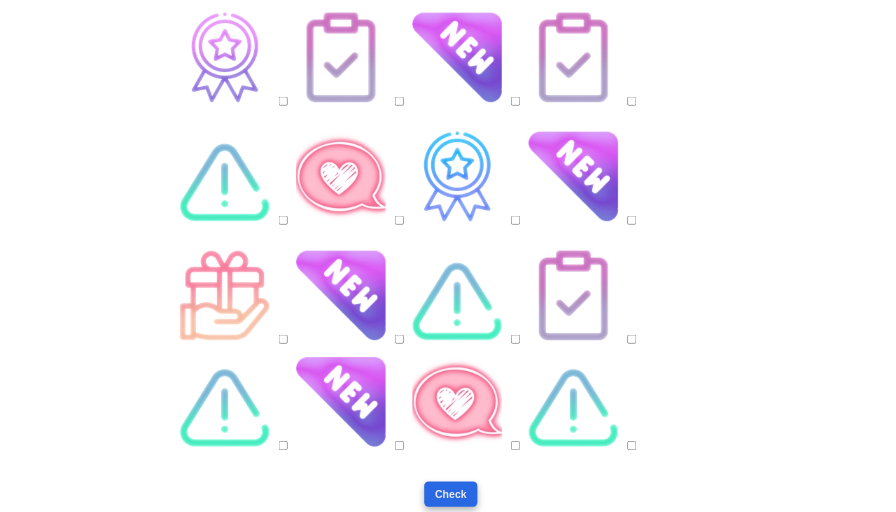
Repository: vichubenzene/-MWin_ui
Page: main.html
These files come from the project's save history. The page is drawn as it stood at one moment and after the next save; the edit follows.
The browser window is 1280 px wide. The pictures show the part of the page from y = 0 to 1920 px (the page is 732 px tall before and 10756 px after), at 70% of full size.

Above is the page before, as saved 2022-10-10 17:05:32.

### main.html
<!DOCTYPE html>
<html>

<head>
    <style>
        .column {
            float: center;
            padding: 5px;
            height: 90%;
            max-height: 90vh;
            max-width: 90vh;
            max-width: 90%;
            ;
            min-width: "22vh";
            min-height: "22vh";
        }
        /* Clear floats after image containers */

        .row::after {
            content: "";
            float: center;
            clear: both;
            display: table;
        }

        .server-button {
            background-color: rgb(40, 105, 227);
            color: rgb(236, 235, 246);
            border: none;
            height: 36px;
            margin-left: 8px;
            border-radius: 6px;
            font-weight: bold;
            font-size: 15px;
            cursor: pointer;
            padding-left: 15px;
            padding-right: 15px;
            text-align: center;
            box-shadow: 0px 5px 10px rgba(0, 0, 0, 0.3)
        }

        .server-button:hover {
            box-shadow: 0px 10px 15px rgba(0, 0, 0, 0.35)
        }
    </style>
</head>

<body>
    <div class="row" style=" text-align: center">
        <div class="column" style=" text-align: center">

            <img src="images/834538140450160661.png" id="i1" alt="Snow" style="padding: 5px; height: 90%; max-height: 90vh; max-width: 90vh; max-width: 90%;">
            <input type="checkbox" id="myCheckbox1" />
            <img src="images/834541394987057242.png" id="i2" alt="Snow" style="padding: 5px; height: 90%; max-height: 90vh; max-width: 90vh; max-width: 90%;">
            <input type="checkbox" id="myCheckbox2" />
            <img src="images/834535415628562442 (1).png" id="i3" alt="Snow" style=" padding: 5px; height: 90%; max-height: 90vh; max-width: 90vh; max-width: 90%;">
            <input type="checkbox" id="myCheckbox3" />
            <img src="images/834541394987057242.png" id="i10" alt="Snow" style="padding: 5px; height: 90%; max-height: 90vh; max-width: 90vh; max-width: 90%;">
            <input type="checkbox" id="myCheckbox10" />
        </div>
    </div>
    <br>
    <div class="row" style=" text-align: center">
        <div class="column" style=" text-align: center">
            <img src="images/834541395074613248.png" id="i4" alt="Snow" style="padding: 5px; height: 90%; max-height: 90vh; max-width: 90vh; max-width: 90%;">
            <input type="checkbox" id="myCheckbox4" />
            <img src="images/881778101003120652 (1).png" id="i5" alt="Snow" style="padding: 5px; height: 90%; max-height: 90vh; max-width: 90vh; max-width: 90%;">
            <input type="checkbox" id="myCheckbox5" />
            <img src="images/834541395930251336.png" id="i6" alt="Snow" style="padding: 5px; height: 90%; max-height: 90vh; max-width: 90vh; max-width: 90%;">
            <input type="checkbox" id="myCheckbox6" />
            <img src="images/834535415628562442 (1).png" id="i11" alt="Snow" style="padding: 5px; height: 90%; max-height: 90vh; max-width: 90vh; max-width: 90%;">
            <input type="checkbox" id="myCheckbox11" />

        </div>
    </div>
    <br>
    <div class="row" style=" text-align: center">
        <div class="column" style=" text-align: center">
            <img src="images/834541395749371916.png" id="i7" alt="Snow" style="padding: 5px; height: 90%; max-height: 90vh; max-width: 90vh; max-width: 90%;">
            <input type="checkbox" id="myCheckbox7" />
            <img src="images/834535415628562442 (1).png" id="i8" alt="Snow" style="padding: 5px; height: 90%; max-height: 90vh; max-width: 90vh; max-width: 90%;">
            <input type="checkbox" id="myCheckbox8" />
            <img src="images/834541395074613248.png" id="i9" alt="Snow" style="padding: 5px; height: 90%; max-height: 90vh; max-width: 90vh; max-width: 90%;">
            <input type="checkbox" id="myCheckbox9" />
            <img src="images/834541394987057242.png" id="i12" alt="Snow" style="padding: 5px; height: 90%; max-height: 90vh; max-width: 90vh; max-width: 90%;">
            <input type="checkbox" id="myCheckbox12" />
        </div>
    </div>
    <div class="row" style=" text-align: center">
        <div class="column" style=" text-align: center">
            <img src="images/834541395074613248.png" id="i13" alt="Snow" style="padding: 5px; height: 90%; max-height: 90vh; max-width: 90vh; max-width: 90%;">
            <input type="checkbox" id="myCheckbox13" />
            <img src="images/834535415628562442 (1).png" id="i14" alt="Snow" style="padding: 5px; height: 90%; max-height: 90vh; max-width: 90vh; max-width: 90%;">
            <input type="checkbox" id="myCheckbox14" />
            <img src="images/881778101003120652 (1).png" id="i15" alt="Snow" style="padding: 5px; height: 90%; max-height: 90vh; max-width: 90vh; max-width: 90%;">
            <input type="checkbox" id="myCheckbox15" />
            <img src="images/834541395074613248.png" id="i16" alt="Snow" style="padding: 5px; height: 90%; max-height: 90vh; max-width: 90vh; max-width: 90%;">
            <input type="checkbox" id="myCheckbox16" />
        </div>
    </div>
    <br>
    <br>
    <div style="text-align: center;">
        <button onclick="check()" class="server-button">Check</button>

    </div>
    <script>
        async function check() {
            console.log("cb.checked");
            var i1 = document.getElementById('i1');
            var i2 = document.getElementById('i2');
            var i3 = document.getElementById('i3');
            var i4 = document.getElementById('i4');
            var i5 = document.getElementById('i5');
            var i6 = document.getElementById('i6');
            var i7 = document.getElementById('i7');
            var i8 = document.getElementById('i8');
            var i9 = document.getElementById('i9');
            var i10 = document.getElementById('i10');
            var i11 = document.getElementById('i11');
            var i12 = document.getElementById('i12');
            var i13 = document.getElementById('i13');
            var i14 = document.getElementById('i14');
            var i15 = document.getElementById('i15');
            var i16 = document.getElementById('i16');
            var c1 = document.getElementById('myCheckbox1');
            var c2 = document.getElementById('myCheckbox2');
            var c3 = document.getElementById('myCheckbox3');
            var c4 = document.getElementById('myCheckbox4');
            var c5 = document.getElementById('myCheckbox5');
            var c6 = document.getElementById('myCheckbox6');
            var c7 = document.getElementById('myCheckbox7');
            var c8 = document.getElementById('myCheckbox8');
            var c9 = document.getElementById('myCheckbox9');
            var c10 = document.getElementById('myCheckbox10');
            var c11 = document.getElementById('myCheckbox11');
            var c12 = document.getElementById('myCheckbox12');
            var c13 = document.getElementById('myCheckbox13');
            var c14 = document.getElementById('myCheckbox14');
            var c15 = document.getElementById('myCheckbox15');
            var c16 = document.getElementById('myCheckbox16');
            const items = ["images/881778101003120652 (1).png", "images/834535415628562442 (1).png", "images/834538140450160661.png", "images/834541394987057242.png", "images/834541395074613248.png", "images/834541395749371916.png", "images/834541395930251336.png"];
            if (c1.checked) {
                i1.src = items[Math.floor(Math.random() * items.length)];
                c1.checked = false
            }
            if (c2.checked) {
                i2.src = items[Math.floor(Math.random() * items.length)];
                c2.checked = false
            }
            if (c3.checked) {
                i3.src = items[Math.floor(Math.random() * items.length)];
                c3.checked = false
            }
            if (c4.checked) {
                i4.src = items[Math.floor(Math.random() * items.length)];
                c4.checked = false
            }
            if (c5.checked) {
                i5.src = items[Math.floor(Math.random() * items.length)];
                c5.checked = false
            }
            if (c6.checked) {
                i6.src = items[Math.floor(Math.random() * items.length)];
                c6.checked = false
            }
            if (c7.checked) {
                i7.src = items[Math.floor(Math.random() * items.length)];
                c7.checked = false
            }
            if (c8.checked) {
                i8.src = items[Math.floor(Math.random() * items.length)];
                c8.checked = false
            }
            if (c9.checked) {
                i9.src = items[Math.floor(Math.random() * items.length)];
                c9.checked = false
            }
            if (c10.checked) {
                i10.src = items[Math.floor(Math.random() * items.length)];
                c10.checked = false
            }
            if (c11.checked) {
                i11.src = items[Math.floor(Math.random() * items.length)];
                c11.checked = false
            }
            if (c12.checked) {
                i12.src = items[Math.floor(Math.random() * items.length)];
                c12.checked = false
            }
            if (c13.checked) {
                i13.src = items[Math.floor(Math.random() * items.length)];
                c13.checked = false
            }
            if (c14.checked) {
                i14.src = items[Math.floor(Math.random() * items.length)];
                c14.checked = false
            }
            if (c15.checked) {
                i15.src = items[Math.floor(Math.random() * items.length)];
                c15.checked = false
            }
            if (c16.checked) {
                i16.src = items[Math.floor(Math.random() * items.length)];
                c16.checked = false
            }

        }
    </script>
</body>

</html>

After the next save:
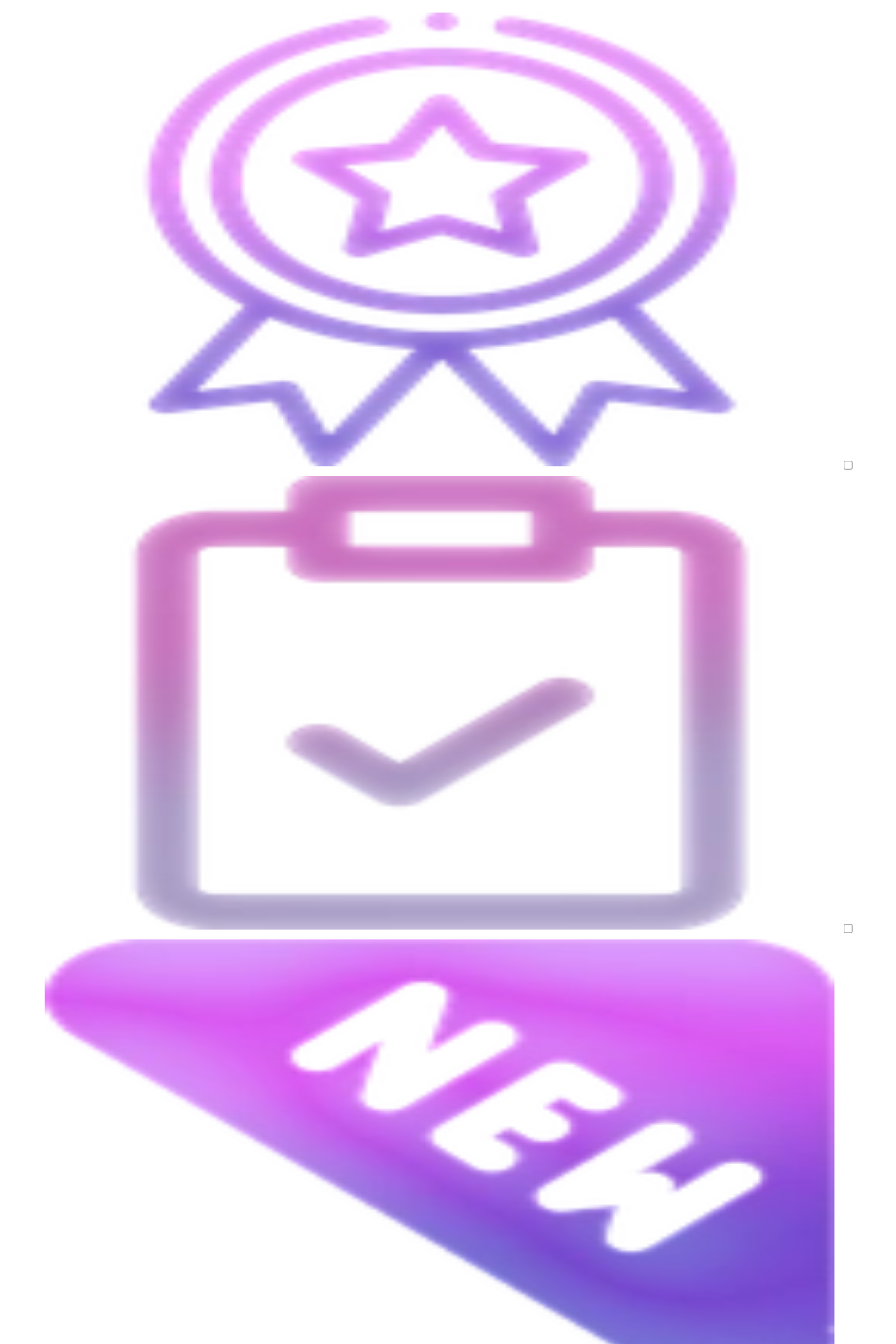
Saved 61 s later.
--- a/main.html
+++ b/main.html
@@ -6,10 +6,8 @@
         .column {
             float: center;
             padding: 5px;
-            height: 90%;
-            max-height: 90vh;
-            max-width: 90vh;
-            max-width: 90%;
+            min-width: "22vh";
+            min-height: "22vh";
             ;
             min-width: "22vh";
             min-height: "22vh";
@@ -49,26 +47,26 @@
     <div class="row" style=" text-align: center">
         <div class="column" style=" text-align: center">
 
-            <img src="images/834538140450160661.png" id="i1" alt="Snow" style="padding: 5px; height: 90%; max-height: 90vh; max-width: 90vh; max-width: 90%;">
+            <img src="images/834538140450160661.png" id="i1" alt="Snow" style="padding: 5px; height: 90%; width: 90%; max-height: 90vh; max-width: 90vh; max-width: 90%;">
             <input type="checkbox" id="myCheckbox1" />
-            <img src="images/834541394987057242.png" id="i2" alt="Snow" style="padding: 5px; height: 90%; max-height: 90vh; max-width: 90vh; max-width: 90%;">
+            <img src="images/834541394987057242.png" id="i2" alt="Snow" style="padding: 5px; height: 90%; width: 90%; max-height: 90vh; max-width: 90vh; max-width: 90%;">
             <input type="checkbox" id="myCheckbox2" />
-            <img src="images/834535415628562442 (1).png" id="i3" alt="Snow" style=" padding: 5px; height: 90%; max-height: 90vh; max-width: 90vh; max-width: 90%;">
+            <img src="images/834535415628562442 (1).png" id="i3" alt="Snow" style=" padding: 5px; height: 90%; width: 90%; max-height: 90vh; max-width: 90vh; max-width: 90%;">
             <input type="checkbox" id="myCheckbox3" />
-            <img src="images/834541394987057242.png" id="i10" alt="Snow" style="padding: 5px; height: 90%; max-height: 90vh; max-width: 90vh; max-width: 90%;">
+            <img src="images/834541394987057242.png" id="i10" alt="Snow" style="padding: 5px; height: 90%; width: 90%; max-height: 90vh; max-width: 90vh; max-width: 90%;">
             <input type="checkbox" id="myCheckbox10" />
         </div>
     </div>
     <br>
     <div class="row" style=" text-align: center">
         <div class="column" style=" text-align: center">
-            <img src="images/834541395074613248.png" id="i4" alt="Snow" style="padding: 5px; height: 90%; max-height: 90vh; max-width: 90vh; max-width: 90%;">
+            <img src="images/834541395074613248.png" id="i4" alt="Snow" style="padding: 5px; height: 90%; width: 90%; max-height: 90vh; max-width: 90vh; max-width: 90%;">
             <input type="checkbox" id="myCheckbox4" />
-            <img src="images/881778101003120652 (1).png" id="i5" alt="Snow" style="padding: 5px; height: 90%; max-height: 90vh; max-width: 90vh; max-width: 90%;">
+            <img src="images/881778101003120652 (1).png" id="i5" alt="Snow" style="padding: 5px; height: 90%; width: 90%; max-height: 90vh; max-width: 90vh; max-width: 90%;">
             <input type="checkbox" id="myCheckbox5" />
-            <img src="images/834541395930251336.png" id="i6" alt="Snow" style="padding: 5px; height: 90%; max-height: 90vh; max-width: 90vh; max-width: 90%;">
+            <img src="images/834541395930251336.png" id="i6" alt="Snow" style="padding: 5px; height: 90%; width: 90%; max-height: 90vh; max-width: 90vh; max-width: 90%;">
             <input type="checkbox" id="myCheckbox6" />
-            <img src="images/834535415628562442 (1).png" id="i11" alt="Snow" style="padding: 5px; height: 90%; max-height: 90vh; max-width: 90vh; max-width: 90%;">
+            <img src="images/834535415628562442 (1).png" id="i11" alt="Snow" style="padding: 5px; height: 90%; width: 90%; max-height: 90vh; max-width: 90vh; max-width: 90%;">
             <input type="checkbox" id="myCheckbox11" />
 
         </div>
@@ -76,25 +74,25 @@
     <br>
     <div class="row" style=" text-align: center">
         <div class="column" style=" text-align: center">
-            <img src="images/834541395749371916.png" id="i7" alt="Snow" style="padding: 5px; height: 90%; max-height: 90vh; max-width: 90vh; max-width: 90%;">
+            <img src="images/834541395749371916.png" id="i7" alt="Snow" style="padding: 5px; height: 90%; width: 90%; max-height: 90vh; max-width: 90vh; max-width: 90%;">
             <input type="checkbox" id="myCheckbox7" />
-            <img src="images/834535415628562442 (1).png" id="i8" alt="Snow" style="padding: 5px; height: 90%; max-height: 90vh; max-width: 90vh; max-width: 90%;">
+            <img src="images/834535415628562442 (1).png" id="i8" alt="Snow" style="padding: 5px; height: 90%; width: 90%; max-height: 90vh; max-width: 90vh; max-width: 90%;">
             <input type="checkbox" id="myCheckbox8" />
-            <img src="images/834541395074613248.png" id="i9" alt="Snow" style="padding: 5px; height: 90%; max-height: 90vh; max-width: 90vh; max-width: 90%;">
+            <img src="images/834541395074613248.png" id="i9" alt="Snow" style="padding: 5px; height: 90%; width: 90%; max-height: 90vh; max-width: 90vh; max-width: 90%;">
             <input type="checkbox" id="myCheckbox9" />
-            <img src="images/834541394987057242.png" id="i12" alt="Snow" style="padding: 5px; height: 90%; max-height: 90vh; max-width: 90vh; max-width: 90%;">
+            <img src="images/834541394987057242.png" id="i12" alt="Snow" style="padding: 5px; height: 90%; width: 90%; max-height: 90vh; max-width: 90vh; max-width: 90%;">
             <input type="checkbox" id="myCheckbox12" />
         </div>
     </div>
     <div class="row" style=" text-align: center">
         <div class="column" style=" text-align: center">
-            <img src="images/834541395074613248.png" id="i13" alt="Snow" style="padding: 5px; height: 90%; max-height: 90vh; max-width: 90vh; max-width: 90%;">
+            <img src="images/834541395074613248.png" id="i13" alt="Snow" style="padding: 5px; height: 90%; width: 90%; max-height: 90vh; max-width: 90vh; max-width: 90%;">
             <input type="checkbox" id="myCheckbox13" />
-            <img src="images/834535415628562442 (1).png" id="i14" alt="Snow" style="padding: 5px; height: 90%; max-height: 90vh; max-width: 90vh; max-width: 90%;">
+            <img src="images/834535415628562442 (1).png" id="i14" alt="Snow" style="padding: 5px; height: 90%; width: 90%; max-height: 90vh; max-width: 90vh; max-width: 90%;">
             <input type="checkbox" id="myCheckbox14" />
-            <img src="images/881778101003120652 (1).png" id="i15" alt="Snow" style="padding: 5px; height: 90%; max-height: 90vh; max-width: 90vh; max-width: 90%;">
+            <img src="images/881778101003120652 (1).png" id="i15" alt="Snow" style="padding: 5px; height: 90%; width: 90%; max-height: 90vh; max-width: 90vh; max-width: 90%;">
             <input type="checkbox" id="myCheckbox15" />
-            <img src="images/834541395074613248.png" id="i16" alt="Snow" style="padding: 5px; height: 90%; max-height: 90vh; max-width: 90vh; max-width: 90%;">
+            <img src="images/834541395074613248.png" id="i16" alt="Snow" style="padding: 5px; height: 90%; width: 90%; max-height: 90vh; max-width: 90vh; max-width: 90%;">
             <input type="checkbox" id="myCheckbox16" />
         </div>
     </div>
